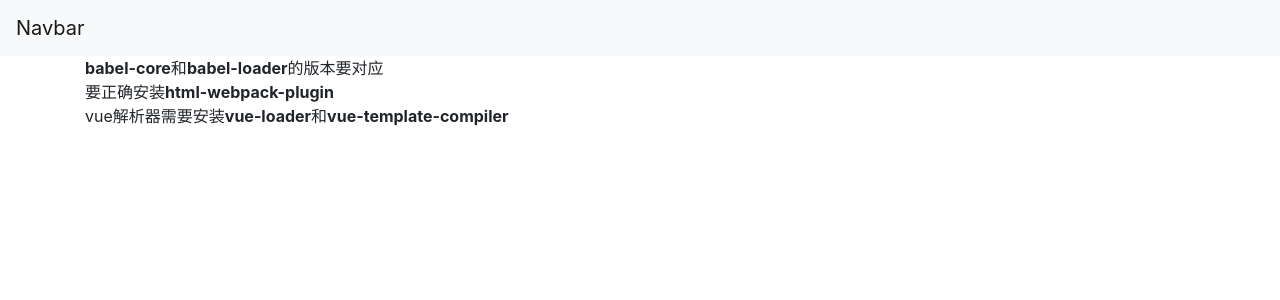
Repository: gudufun/gudufun.github.io
Page: pages/vue/vue-huan-jing-da-jian-cai-keng.html
These files come from the project's save history. The page is drawn as it stood at one moment and after the next save; the edit follows.
The browser window is 1280 px wide. The pictures show the whole page.

Above is the page before, as saved 2018-12-06 20:05:51.
Console error: TypeError: Cannot read properties of undefined (reading 'fn')

After the next save:
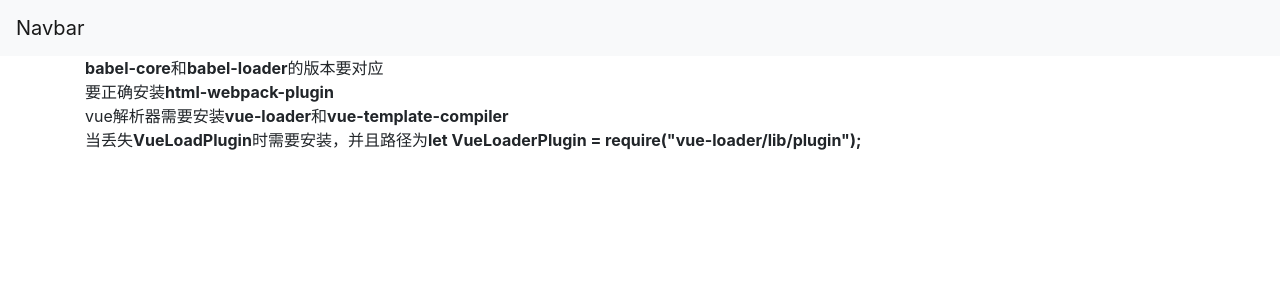
Saved 55 s later.
--- a/pages/vue/vue-huan-jing-da-jian-cai-keng.html
+++ b/pages/vue/vue-huan-jing-da-jian-cai-keng.html
@@ -29,6 +29,7 @@
             <li><b>babel-core</b>和<b>babel-loader</b>的版本要对应</li>
             <li>要正确安装<b>html-webpack-plugin</b></li>
             <li>vue解析器需要安装<b>vue-loader</b>和<b>vue-template-compiler</b></li>
+            <li>当丢失<b>VueLoadPlugin</b>时需要安装，并且路径为<b>let VueLoaderPlugin = require("vue-loader/lib/plugin");</b></li>
             </ul>
 
     </div>
